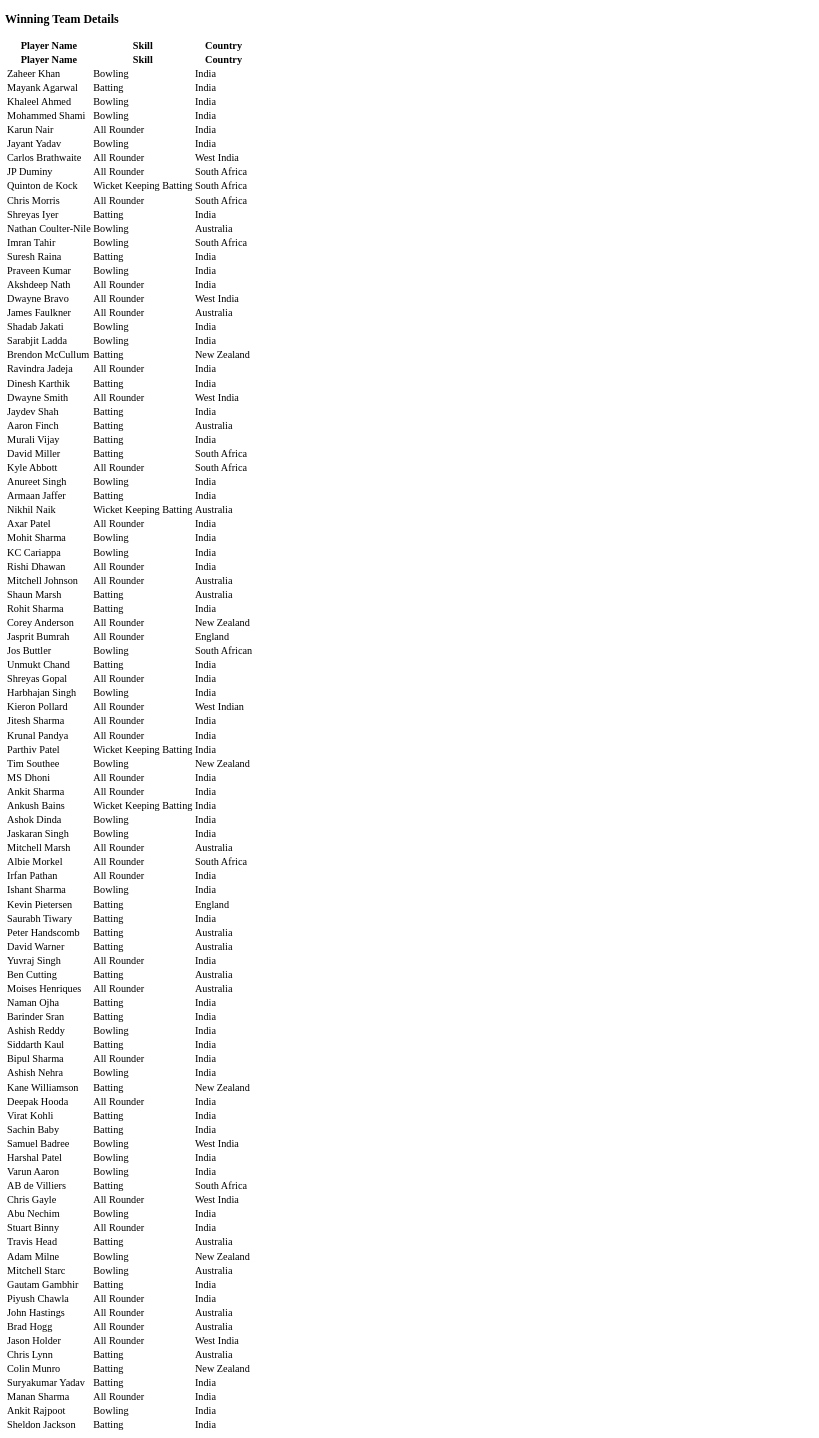
Repository: umng/Learn-to-Program
Page: http://localhost/JSP_Code_Challenge_2/
These files come from the project's save history. The page is drawn as it stood at one moment and after a run of saves; the edit follows.
The browser window is 1280 px wide. The pictures show the whole page, at 64% of full size.
The page is served by Tomcat 9.

Above is the page before, as saved 2017-03-02 11:24:46.

### Java/CTS_SFDC/workspace/JSP Code Challenge 2/WebContent/index.jsp
<%@ page language="java" contentType="text/html; charset=ISO-8859-1"
    pageEncoding="ISO-8859-1"%>
<!DOCTYPE html PUBLIC "-//W3C//DTD HTML 4.01 Transitional//EN" "http://www.w3.org/TR/html4/loose.dtd">
<html>
<head>
<meta http-equiv="Content-Type" content="text/html; charset=ISO-8859-1">
<title>Insert title here</title>
</head>
<body>
<h3>Winning Team Details</h3>
<table id='skill_details'>
<tr>
<th>Player Name</th>
<th>Skill</th>
<th>Country</th>
</tr>
<tr>
<th>Player Name</th>
<th>Skill</th>
<th>Country</th>
</tr>
<tr><td>Zaheer Khan         </td><td>Bowling                </td><td> India         </td></tr>
<tr><td>Mayank Agarwal      </td><td>Batting                </td><td> India         </td></tr>
<tr><td>Khaleel Ahmed       </td><td>Bowling                </td><td> India         </td></tr>
<tr><td>Mohammed Shami      </td><td>Bowling                </td><td> India         </td></tr>
<tr><td>Karun Nair          </td><td>All Rounder            </td><td> India         </td></tr>
<tr><td>Jayant Yadav        </td><td>Bowling                </td><td> India         </td></tr>
<tr><td>Carlos Brathwaite   </td><td>All Rounder            </td><td> West India    </td></tr>
<tr><td>JP Duminy           </td><td>All Rounder            </td><td> South Africa  </td></tr>
<tr><td>Quinton de Kock     </td><td>Wicket Keeping Batting </td><td> South Africa  </td></tr>
<tr><td>Chris Morris        </td><td>All Rounder            </td><td> South Africa  </td></tr>
<tr><td>Shreyas Iyer        </td><td>Batting                </td><td> India         </td></tr>
<tr><td>Nathan Coulter-Nile </td><td>Bowling                </td><td> Australia     </td></tr>
<tr><td>Imran Tahir         </td><td>Bowling                </td><td> South Africa  </td></tr>
<tr><td>Suresh Raina        </td><td>Batting                </td><td> India         </td></tr>
<tr><td>Praveen Kumar       </td><td>Bowling                </td><td> India         </td></tr>
<tr><td>Akshdeep Nath       </td><td>All Rounder            </td><td> India         </td></tr>
<tr><td>Dwayne Bravo        </td><td>All Rounder            </td><td> West India    </td></tr>
<tr><td>James Faulkner      </td><td>All Rounder            </td><td> Australia     </td></tr>
<tr><td>Shadab Jakati       </td><td>Bowling                </td><td> India         </td></tr>
<tr><td>Sarabjit Ladda      </td><td>Bowling                </td><td> India         </td></tr>
<tr><td>Brendon McCullum    </td><td>Batting                </td><td> New Zealand   </td></tr>
<tr><td>Ravindra Jadeja     </td><td>All Rounder            </td><td> India         </td></tr>
<tr><td>Dinesh Karthik      </td><td>Batting                </td><td> India         </td></tr>
<tr><td>Dwayne Smith        </td><td>All Rounder            </td><td> West India    </td></tr>
<tr><td>Jaydev Shah         </td><td>Batting                </td><td> India         </td></tr>
<tr><td>Aaron Finch         </td><td>Batting                </td><td> Australia     </td></tr>
<tr><td>Murali Vijay        </td><td>Batting                </td><td> India         </td></tr>
<tr><td>David Miller        </td><td>Batting                </td><td> South Africa  </td></tr>
<tr><td>Kyle Abbott         </td><td>All Rounder            </td><td> South Africa  </td></tr>
<tr><td>Anureet Singh       </td><td>Bowling                </td><td> India         </td></tr>
<tr><td>Armaan Jaffer       </td><td>Batting                </td><td> India         </td></tr>
<tr><td>Nikhil Naik         </td><td>Wicket Keeping Batting </td><td> Australia     </td></tr>
<tr><td>Axar Patel          </td><td>All Rounder            </td><td> India         </td></tr>
<tr><td>Mohit Sharma        </td><td>Bowling                </td><td> India         </td></tr>
<tr><td>KC Cariappa         </td><td>Bowling                </td><td> India         </td></tr>
<tr><td>Rishi Dhawan        </td><td>All Rounder            </td><td> India         </td></tr>
<tr><td>Mitchell Johnson    </td><td>All Rounder            </td><td> Australia     </td></tr>
<tr><td>Shaun Marsh         </td><td>Batting                </td><td> Australia     </td></tr>
<tr><td>Rohit Sharma        </td><td>Batting                </td><td> India         </td></tr>
<tr><td>Corey Anderson      </td><td>All Rounder            </td><td> New Zealand   </td></tr>
<tr><td>Jasprit Bumrah      </td><td>All Rounder            </td><td> England       </td></tr>
<tr><td>Jos Buttler         </td><td>Bowling                </td><td> South African </td></tr>
<tr><td>Unmukt Chand        </td><td>Batting                </td><td> India         </td></tr>
<tr><td>Shreyas Gopal       </td><td>All Rounder            </td><td> India         </td></tr>
<tr><td>Harbhajan Singh     </td><td>Bowling                </td><td> India         </td></tr>
<tr><td>Kieron Pollard      </td><td>All Rounder            </td><td> West Indian   </td></tr>
<tr><td>Jitesh Sharma       </td><td>All Rounder            </td><td> India         </td></tr>
<tr><td>Krunal Pandya       </td><td>All Rounder            </td><td> India         </td></tr>
<tr><td>Parthiv Patel       </td><td>Wicket Keeping Batting </td><td> India         </td></tr>
<tr><td>Tim Southee         </td><td>Bowling                </td><td> New Zealand   </td></tr>
<tr><td>MS Dhoni            </td><td>All Rounder            </td><td> India         </td></tr>
<tr><td>Ankit Sharma        </td><td>All Rounder            </td><td> India         </td></tr>
<tr><td>Ankush Bains        </td><td>Wicket Keeping Batting </td><td> India         </td></tr>
<tr><td>Ashok Dinda         </td><td>Bowling                </td><td> India         </td></tr>
<tr><td>Jaskaran Singh      </td><td>Bowling                </td><td> India         </td></tr>
<tr><td>Mitchell Marsh      </td><td>All Rounder            </td><td> Australia     </td></tr>
<tr><td>Albie Morkel        </td><td>All Rounder            </td><td> South Africa  </td></tr>
<tr><td>Irfan Pathan        </td><td>All Rounder            </td><td> India         </td></tr>
<tr><td>Ishant Sharma       </td><td>Bowling                </td><td> India         </td></tr>
<tr><td>Kevin Pietersen     </td><td>Batting                </td><td> England       </td></tr>
<tr><td>Saurabh Tiwary      </td><td>Batting                </td><td> India         </td></tr>
<tr><td>Peter Handscomb     </td><td>Batting                </td><td> Australia     </td></tr>
<tr><td>David Warner        </td><td>Batting                </td><td> Australia     </td></tr>
<tr><td>Yuvraj Singh        </td><td>All Rounder            </td><td> India         </td></tr>
<tr><td>Ben Cutting         </td><td>Batting                </td><td> Australia     </td></tr>
<tr><td>Moises Henriques    </td><td>All Rounder            </td><td> Australia     </td></tr>
<tr><td>Naman Ojha          </td><td>Batting                </td><td> India         </td></tr>
<tr><td>Barinder Sran       </td><td>Batting                </td><td> India         </td></tr>
<tr><td>Ashish Reddy        </td><td>Bowling                </td><td> India         </td></tr>
<tr><td>Siddarth Kaul       </td><td>Batting                </td><td> India         </td></tr>
<tr><td>Bipul Sharma        </td><td>All Rounder            </td><td> India         </td></tr>
<tr><td>Ashish Nehra        </td><td>Bowling                </td><td> India         </td></tr>
<tr><td>Kane Williamson     </td><td>Batting                </td><td> New Zealand   </td></tr>
<tr><td>Deepak Hooda        </td><td>All Rounder            </td><td> India         </td></tr>
<tr><td>Virat Kohli         </td><td>Batting                </td><td> India         </td></tr>
<tr><td>Sachin Baby         </td><td>Batting                </td><td> India         </td></tr>
<tr><td>Samuel Badree       </td><td>Bowling                </td><td> West India    </td></tr>
<tr><td>Harshal Patel       </td><td>Bowling                </td><td> India         </td></tr>
<tr><td>Varun Aaron         </td><td>Bowling                </td><td> India         </td></tr>
<tr><td>AB de Villiers      </td><td>Batting                </td><td> South Africa  </td></tr>
<tr><td>Chris Gayle         </td><td>All Rounder            </td><td> West India    </td></tr>
<tr><td>Abu Nechim          </td><td>Bowling                </td><td> India         </td></tr>
<tr><td>Stuart Binny        </td><td>All Rounder            </td><td> India         </td></tr>
<tr><td>Travis Head         </td><td>Batting                </td><td> Australia     </td></tr>
<tr><td>Adam Milne          </td><td>Bowling                </td><td> New Zealand   </td></tr>
<tr><td>Mitchell Starc      </td><td>Bowling                </td><td> Australia     </td></tr>
<tr><td>Gautam Gambhir      </td><td>Batting                </td><td> India         </td></tr>
<tr><td>Piyush Chawla       </td><td>All Rounder            </td><td> India         </td></tr>
<tr><td>John Hastings       </td><td>All Rounder            </td><td> Australia     </td></tr>
<tr><td>Brad Hogg           </td><td>All Rounder            </td><td> Australia     </td></tr>
<tr><td>Jason Holder        </td><td>All Rounder            </td><td> West India    </td></tr>
<tr><td>Chris Lynn          </td><td>Batting                </td><td> Australia     </td></tr>
<tr><td>Colin Munro         </td><td>Batting                </td><td> New Zealand   </td></tr>
<tr><td>Suryakumar Yadav    </td><td>Batting                </td><td> India         </td></tr>
<tr><td>Manan Sharma        </td><td>All Rounder            </td><td> India         </td></tr>
<tr><td>Ankit Rajpoot       </td><td>Bowling                </td><td> India         </td></tr>
<tr><td>Sheldon Jackson     </td><td>Batting                </td><td> India   </td></tr>
</table>
</body>
</html>

After the next 2 saves:
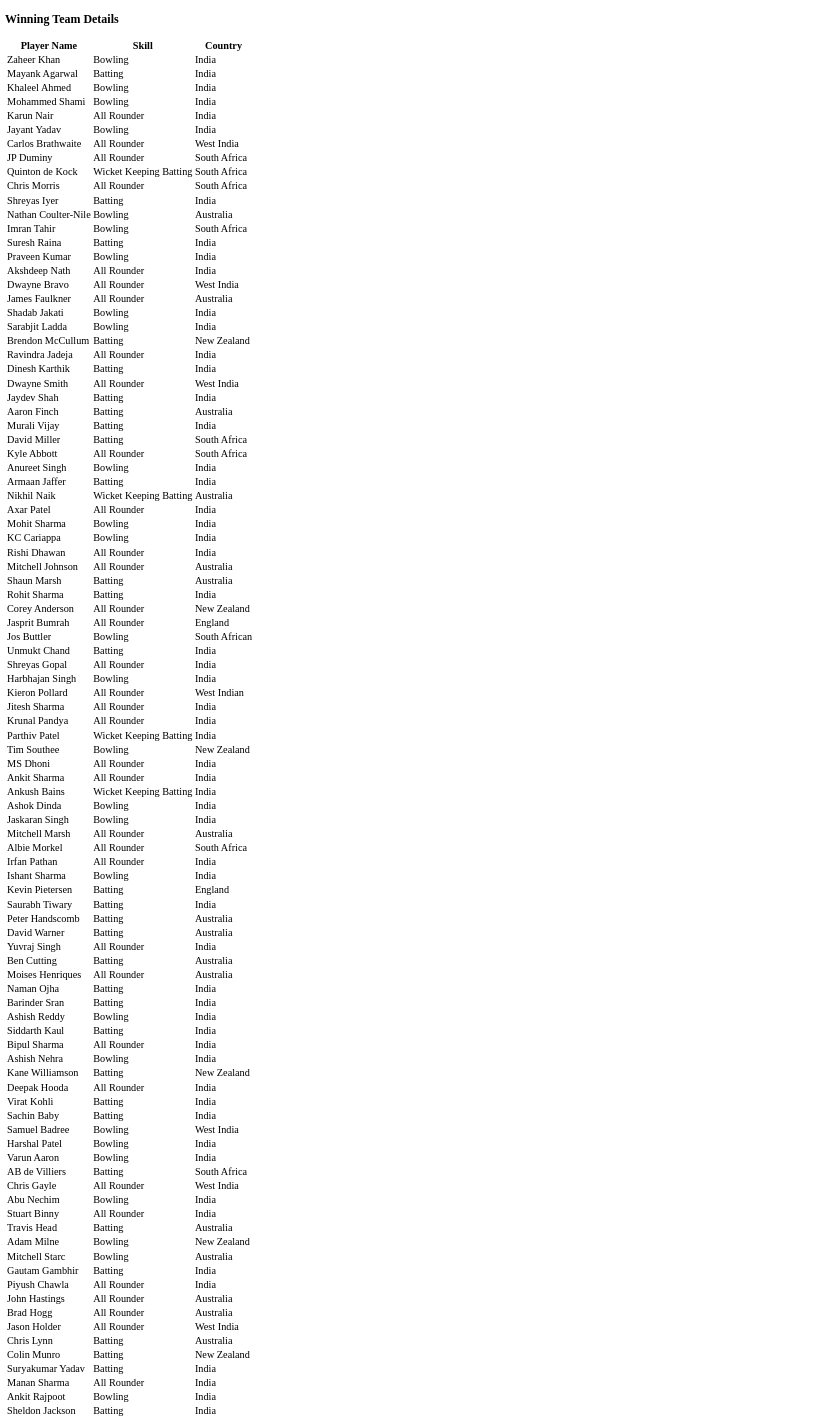
The 2 saves are shown as one change because they came seconds apart.
The last was saved 8 s later.
--- a/Java/CTS_SFDC/workspace/JSP Code Challenge 2/WebContent/index.jsp
+++ b/Java/CTS_SFDC/workspace/JSP Code Challenge 2/WebContent/index.jsp
@@ -9,11 +9,6 @@
 <body>
 <h3>Winning Team Details</h3>
 <table id='skill_details'>
-<tr>
-<th>Player Name</th>
-<th>Skill</th>
-<th>Country</th>
-</tr>
 <tr>
 <th>Player Name</th>
 <th>Skill</th>
